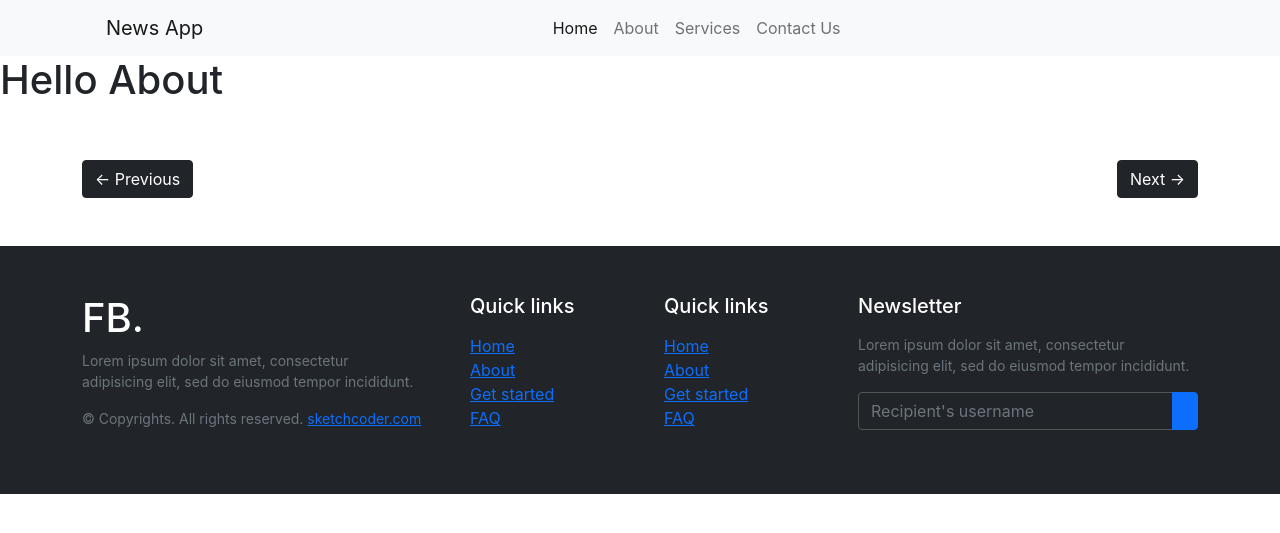
Repository: ZainAkbar51214/News-Site
Page: /about
These files come from the project's save history. The page is drawn as it stood at one moment and after the next save; the edit follows.
The browser window is 1280 px wide. The pictures show the whole page.
The page's requests for data from a server got no answer. The project was rebuilt for these pictures with package versions that can differ from the ones it lists, and the page was loaded fresh each time. A package was used in the major version that the imports need, not the one package.json lists. No one was signed in, and anything a server would have sent is missing. Also part of the build but not shown: src/Components/pages/Home.jsx, src/App.css, src/Components/Layouts/NewsItem.js.

Above is the page before, as saved 2023-12-17 02:37:12.

### public/index.html
<!DOCTYPE html>
<html lang="en">
  <head>
    <meta charset="utf-8" />
    <link rel="icon" href="%PUBLIC_URL%/favicon.ico" />
    <meta name="viewport" content="width=device-width, initial-scale=1" />
    <meta name="theme-color" content="#000000" />
    <meta
      name="description"
      content="Web site created using create-react-app"
    />
    <link rel="apple-touch-icon" href="%PUBLIC_URL%/logo192.png" />

    <link rel="manifest" href="%PUBLIC_URL%/manifest.json" />

    <title>News App</title>
    <!-- Bootstrap cdn -->
    <link href="https://cdn.jsdelivr.net/npm/bootstrap@5.0.2/dist/css/bootstrap.min.css" rel="stylesheet" integrity="sha384-EVSTQN3/azprG1Anm3QDgpJLIm9Nao0Yz1ztcQTwFspd3yD65VohhpuuCOmLASjC" crossorigin="anonymous">
  </head>
  <body>
    <noscript>You need to enable JavaScript to run this app.</noscript>
    <div id="root"></div>


    <!-- Bootstrap Script -->
    <script src="https://cdn.jsdelivr.net/npm/@popperjs/core@2.9.2/dist/umd/popper.min.js" integrity="sha384-IQsoLXl5PILFhosVNubq5LC7Qb9DXgDA9i+tQ8Zj3iwWAwPtgFTxbJ8NT4GN1R8p" crossorigin="anonymous"></script>
<script src="https://cdn.jsdelivr.net/npm/bootstrap@5.0.2/dist/js/bootstrap.min.js" integrity="sha384-cVKIPhGWiC2Al4u+LWgxfKTRIcfu0JTxR+EQDz/bgldoEyl4H0zUF0QKbrJ0EcQF" crossorigin="anonymous"></script>
  </body>
</html>

### src/App.js
import React from "react";
import {
  BrowserRouter,
  Routes,
  Route
} from "react-router-dom";
import Home from './Components/pages/Home';
import Navbar from './Components/Header/Navbar';
import Footer from './Components/Footer/Footer';
import About from "./Components/pages/About";
import News from "./Components/Layouts/News";

function App() {
  return (
    <BrowserRouter>
      <Navbar />
        <Routes>
          <Route path="/" element={<Home />}></Route>
          <Route path="/about" element={<About />}></Route>
        </Routes>
        <News />
      <Footer />
  </BrowserRouter>
  );
}

export default App;

### src/Components/Header/Navbar.jsx
import React, { Component } from 'react';
import { Link } from 'react-router-dom';

class Navbar extends Component {
    render() {
        return (
            <div>
                <div className="container-fluid bg-light">
                <div className="container">
                    <div className="row">
                        <div className="col-md-12">
                            <nav className="navbar navbar-expand-lg navbar-light">
                                <div className="container-fluid">
                                    <Link className="navbar-brand" to="/">News App</Link>
                                    <button className="navbar-toggler" type="button" data-bs-toggle="collapse" data-bs-target="#navbarSupportedContent" aria-controls="navbarSupportedContent" aria-expanded="false" aria-label="Toggle navigation">
                                        <span className="navbar-toggler-icon"></span>
                                    </button>
                                    <div className="collapse navbar-collapse" id="navbarSupportedContent">
                                        <ul className="navbar-nav mx-auto mb-2 mb-lg-0">
                                            <li className="nav-item">
                                                <Link className="nav-link active" aria-current="page" to="/">Home</Link>
                                            </li>
                                            <li className="nav-item">
                                                <Link className="nav-link" to="/about">About</Link>
                                            </li>
                                            <li className="nav-item">
                                                <Link className="nav-link" to="/services">Services</Link>
                                            </li>
                                            <li className="nav-item">
                                                <Link className="nav-link" to="/contact-us">Contact Us</Link>
                                            </li>
                                        </ul>
                                    </div>
                                </div>
                            </nav>
                        </div>
                    </div>
                </div>
            </div>
            </div>
        );
    }
}

export default Navbar;

### src/Components/Footer/Footer.jsx
import React from "react";
import { Link } from "react-router-dom";
import '../Footer/Footer.css';

const Navbar = () => {
    return (
        <>
            <div className="d-flex flex-column h-100">
                {/* <!-- FOOTER --> */}
                <footer className="w-100 py-4 flex-shrink-0">
                    <div className="container py-4">
                        <div className="row gy-4 gx-5">
                            <div className="col-lg-4 col-md-6">
                                <h5 className="h1 text-white">FB.</h5>
                                <p className="small text-muted">Lorem ipsum dolor sit amet, consectetur adipisicing elit, sed do eiusmod tempor incididunt.</p>
                                <p className="small text-muted mb-0">&copy; Copyrights. All rights reserved. <Link className="text-primary" to="https://sketchcoder.com" target="_blank">sketchcoder.com</Link></p>
                            </div>
                            <div className="col-lg-2 col-md-6">
                                <h5 className="text-white mb-3">Quick links</h5>
                                <ul className="list-unstyled text-muted">
                                    <li><Link to="#">Home</Link></li>
                                    <li><Link to="#">About</Link></li>
                                    <li><Link to="#">Get started</Link></li>
                                    <li><Link to="#">FAQ</Link></li>
                                </ul>
                            </div>
                            <div className="col-lg-2 col-md-6">
                                <h5 className="text-white mb-3">Quick links</h5>
                                <ul className="list-unstyled text-muted">
                                    <li><Link to="#">Home</Link></li>
                                    <li><Link to="#">About</Link></li>
                                    <li><Link to="#">Get started</Link></li>
                                    <li><Link to="#">FAQ</Link></li>
                                </ul>
                            </div>
                            <div className="col-lg-4 col-md-6">
                                <h5 className="text-white mb-3">Newsletter</h5>
                                <p className="small text-muted">Lorem ipsum dolor sit amet, consectetur adipisicing elit, sed do eiusmod tempor incididunt.</p>
                                <form action="#">
                                    <div className="input-group mb-3">
                                        <input className="form-control" type="text" placeholder="Recipient's username" aria-label="Recipient's username" aria-describedby="button-addon2" />
                                        <button className="btn btn-primary" id="button-addon2" type="button"><i className="fas fa-paper-plane"></i></button>
                                    </div>
                                </form>
                            </div>
                        </div>
                    </div>
                </footer>
            </div>
        </>
    )
}

export default Navbar;

### src/Components/pages/About.jsx
import React, { Component } from 'react';

class About extends Component {
    render() {
        return (
            <div>
                <h1>Hello About</h1>
            </div>
        );
    }
}

export default About;

### src/Components/Layouts/News.js
import React, { Component } from 'react';
import NewsItem from './NewsItem';

class News extends Component {

    constructor(){
        super();
        this.state = {
            articles: [],
            loading: false
        }
    }

    async componentDidMount(){
        let url = "https://newsapi.org/v2/top-headlines?apiKey=ad02bf3d34a0416cb244eb374fced0bb&q=news";
        let data = await fetch(url);
        let passData = await data.json();
        console.log(passData);
        this.setState({articles: passData.articles})

    }

    handPrevClick = () => {
        console.log("prev");
    }
    handNextClick = () => {
        console.log("Next");
    }



    render() {
        return (
            <div className='container-fluid'>
                <div className='container'>
                    <div className='row'>
                        {this.state.articles.map((element) => {
                           return element.urlToImage?<div className='col-lg-4 col-md-6 mt-5' key={element.url}>
                           <NewsItem title={element.title?element.title.slice(0, 45): ""} description={element.description?element.description.slice(0, 86): ""} imageUrl={element.urlToImage} newsUrl={element.url} />
                       </div>
                       :""
                        })}

                    </div>

                   <div className='row'>
                   <div className='col-lg-12 d-flex justify-content-between mt-5 mb-5'>
                        <button disabled={this.state.page<=1} type='button' className='btn btn-dark' onClick={this.handPrevClick}>&larr; Previous</button>
                        <button type='button' className='btn btn-dark' onClick={this.handNextClick}>Next &rarr;</button>
                    </div>
                   </div>
                </div>
            </div>
        );
    }
}

export default News;

### src/Components/Footer/Footer.css
/* ==========================================
    FOR DEMO PURPOSE
  ========================================== */

  .text-small {
    font-size: 0.9rem;
  }

  .form-control {
    background: #212529;
    border-color: #545454;
  }

  .form-control:focus {
    background: #212529;
  }

  footer {
    background: #212529;
  }

Loaded but not shown: src/index.js (common file); src/index.css (common file); src/reportWebVitals.js (common file)

After the next save:
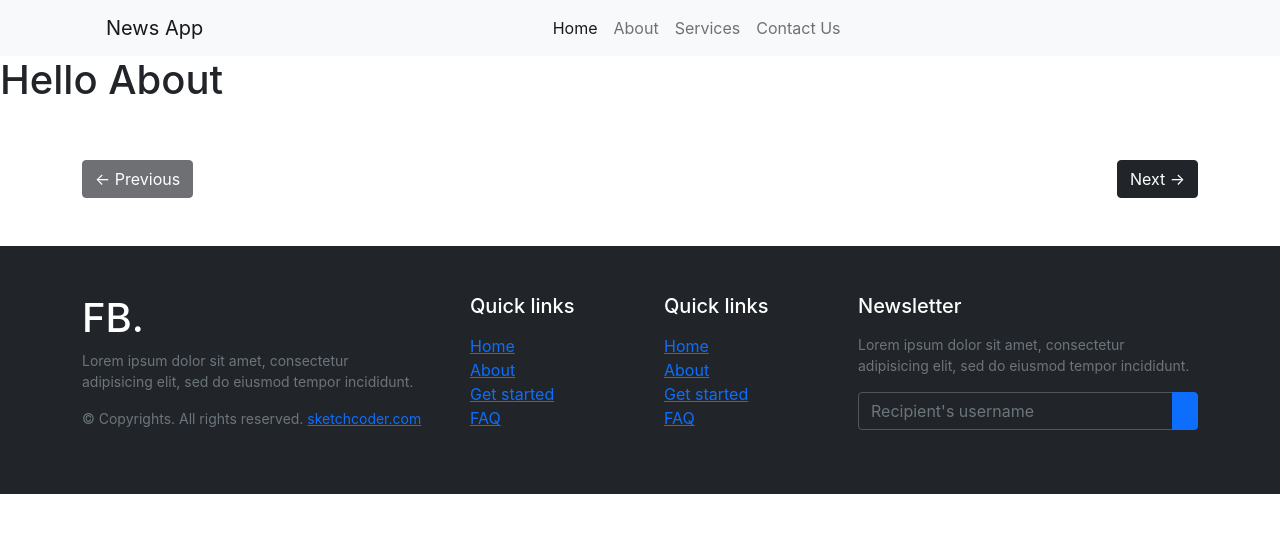
Saved 2 min 57 s later.
--- a/src/Components/Layouts/News.js
+++ b/src/Components/Layouts/News.js
@@ -45,7 +45,7 @@
 
                    <div className='row'>
                    <div className='col-lg-12 d-flex justify-content-between mt-5 mb-5'>
-                        <button disabled={this.state.page<=1} type='button' className='btn btn-dark' onClick={this.handPrevClick}>&larr; Previous</button>
+                        <button disabled={this.state.articles<=1} type='button' className='btn btn-dark' onClick={this.handPrevClick}>&larr; Previous</button>
                         <button type='button' className='btn btn-dark' onClick={this.handNextClick}>Next &rarr;</button>
                     </div>
                    </div>

After the save that followed:
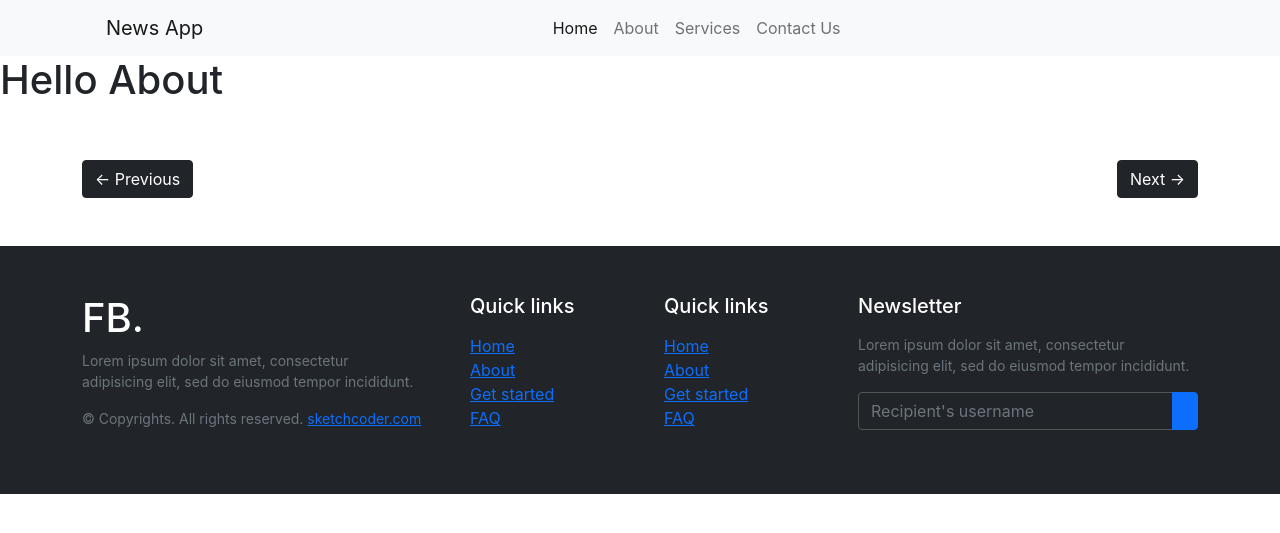
Saved 16 s later.
--- a/src/Components/Layouts/News.js
+++ b/src/Components/Layouts/News.js
@@ -45,7 +45,7 @@
 
                    <div className='row'>
                    <div className='col-lg-12 d-flex justify-content-between mt-5 mb-5'>
-                        <button disabled={this.state.articles<=1} type='button' className='btn btn-dark' onClick={this.handPrevClick}>&larr; Previous</button>
+                        <button disabled={this.state.pages<=1} type='button' className='btn btn-dark' onClick={this.handPrevClick}>&larr; Previous</button>
                         <button type='button' className='btn btn-dark' onClick={this.handNextClick}>Next &rarr;</button>
                     </div>
                    </div>
